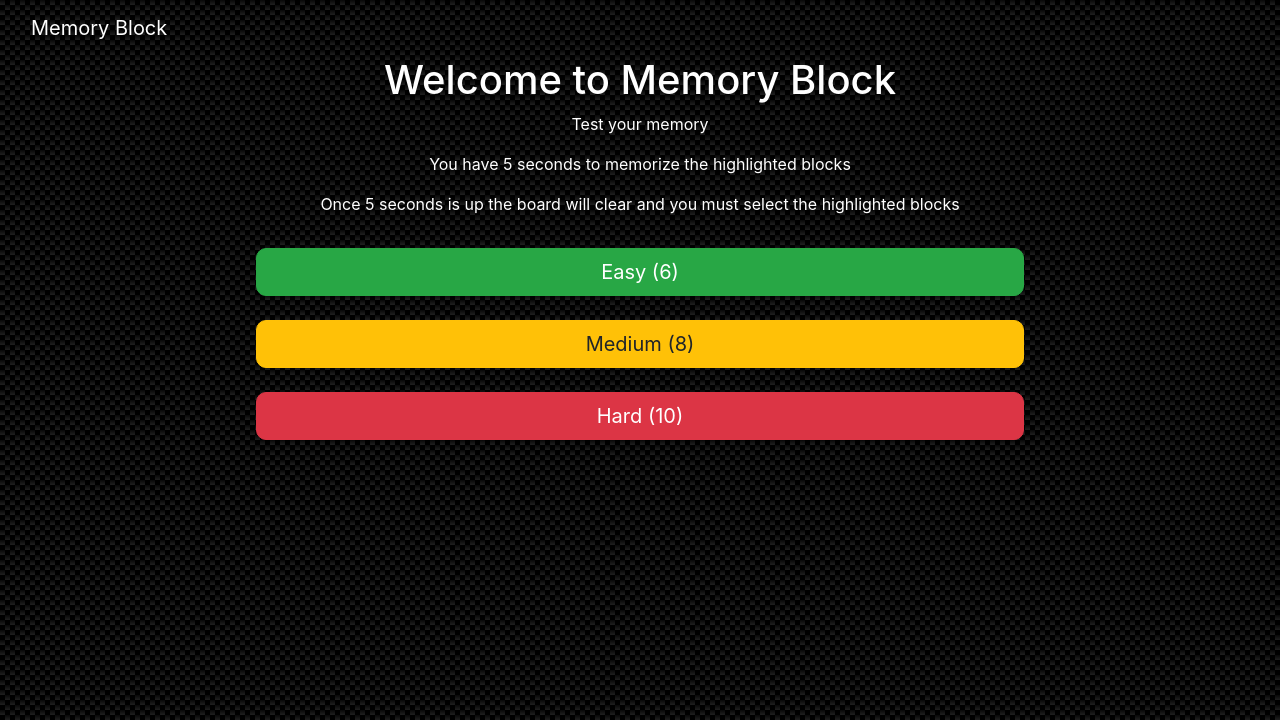
Repository: chrisrees85/memory-block
Page: index.html
The author's editor kept a record of every edit. The page is drawn from the files as they stood at one moment, then again after the next edit.
The browser window is 1280 px wide. The pictures show the whole page.

Above is the page before.
Console error: TypeError: Cannot set properties of null (setting 'innerHTML')

After the next edit:
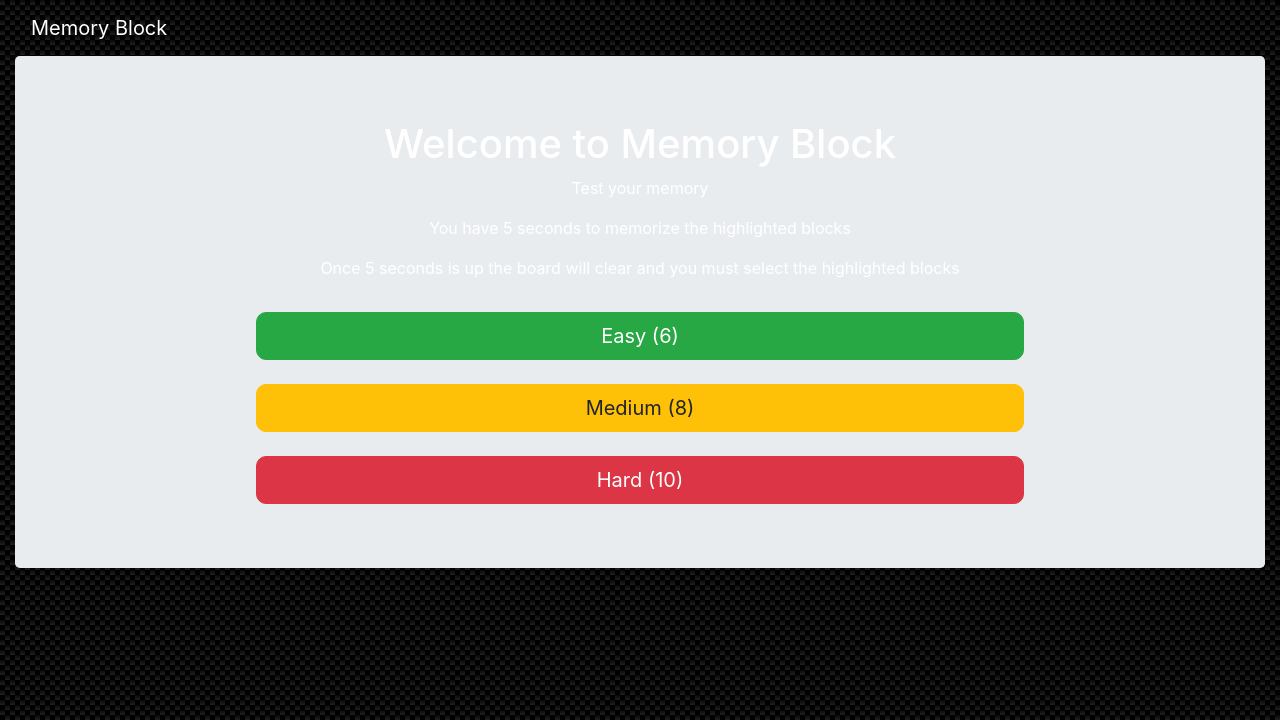
The edit:
--- a/index.html
+++ b/index.html
@@ -16,7 +16,7 @@
             <a class="navbar-brand" href="index.html">Memory Block</a>
         </nav>
 
-
+<div class="main jumbotron">
         <div class="row">
             <div class="col">
                 <h1 class="center">Welcome to Memory Block</h1>
@@ -53,7 +53,7 @@
             </div>
         </div>
     </div>
-
+</div>
     <script src="https://code.jquery.com/jquery-3.3.1.slim.min.js" integrity="sha384-q8i/X+965DzO0rT7abK41JStQIAqVgRVzpbzo5smXKp4YfRvH+8abtTE1Pi6jizo" crossorigin="anonymous"></script>
     <script src="https://cdnjs.cloudflare.com/ajax/libs/popper.js/1.14.7/umd/popper.min.js" integrity="sha384-UO2eT0CpHqdSJQ6hJty5KVphtPhzWj9WO1clHTMGa3JDZwrnQq4sF86dIHNDz0W1" crossorigin="anonymous"></script>
     <script src="https://stackpath.bootstrapcdn.com/bootstrap/4.3.1/js/bootstrap.min.js" integrity="sha384-JjSmVgyd0p3pXB1rRibZUAYoIIy6OrQ6VrjIEaFf/nJGzIxFDsf4x0xIM+B07jRM" crossorigin="anonymous"></script>
